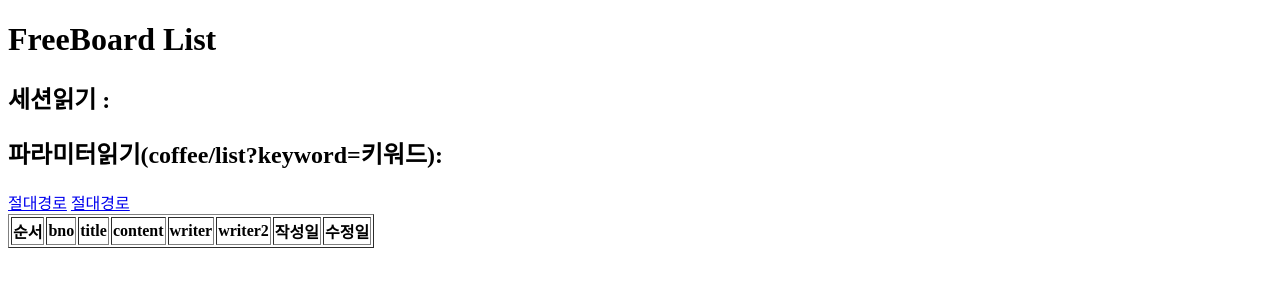
Repository: KJH412/studySpringBoot
Page: http://localhost/coffee/list
The author's editor kept a copy of each file at every save. The page is drawn from the files as they stood at one save, then again after the next save.
The browser window is 1280 px wide. The pictures show the whole page.
The page is this project's Thymeleaf template; nobody is signed in. The template is opened directly, without the code that normally fills it, so the values that code supplies are empty.

Above is the page before, as saved 2024-07-25 02:19:20.

After the next save:
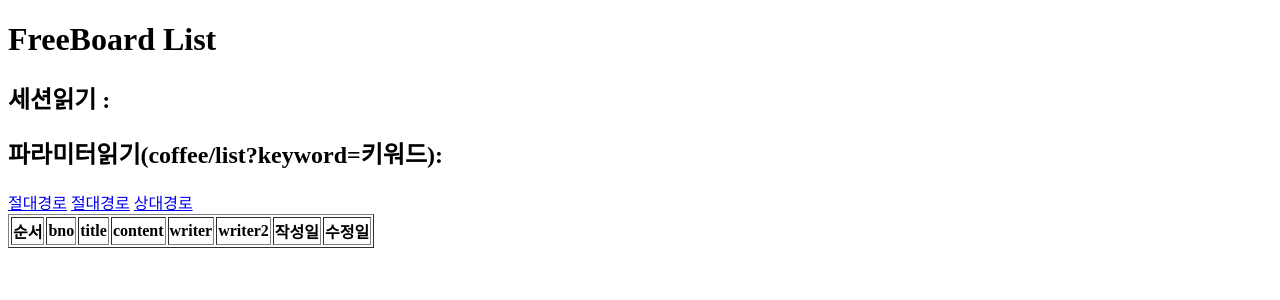
Saved 13 s later.
--- a/workspace-sts4.23/firstzone/src/main/resources/templates/coffee/list.html
+++ b/workspace-sts4.23/firstzone/src/main/resources/templates/coffee/list.html
@@ -10,6 +10,7 @@
 	<h2>파라미터읽기(coffee/list?keyword=키워드): [[${param.keyword}]]</h2>
 	<a th:href="@{/coffee/page1}">절대경로</a>
 	<a th:href="@{/http://localhost:9990/coffee/page1}">절대경로</a>
+	<a th:href="@{/coffee/page1}">상대경로</a>
 	<!-- 지역변수 사용시 with -->
 	<table border = "1", th:with="myuser='user2'">
 		<tr>
